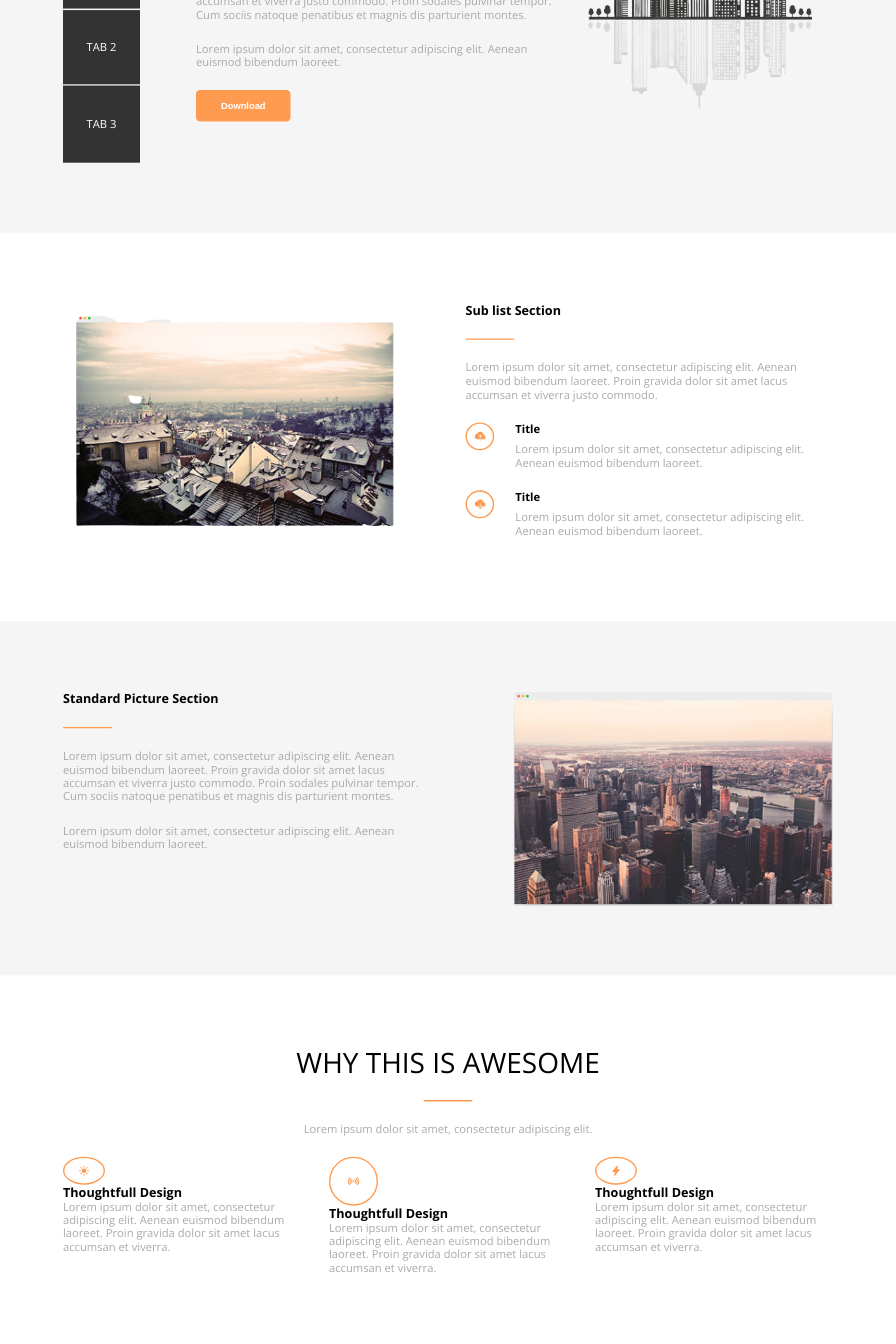
Repository: dinhtri123/axureThems
Page: index.html
These files come from the project's save history. The page is drawn as it stood at one moment and after the next save; the edit follows.
The browser window is 1280 px wide. The pictures show the part of the page from y = 849 to 2769 px (the page is 2769 px tall), at 70% of full size.

Above is the page before, as saved 2023-02-11 16:29:41.

After the next save:
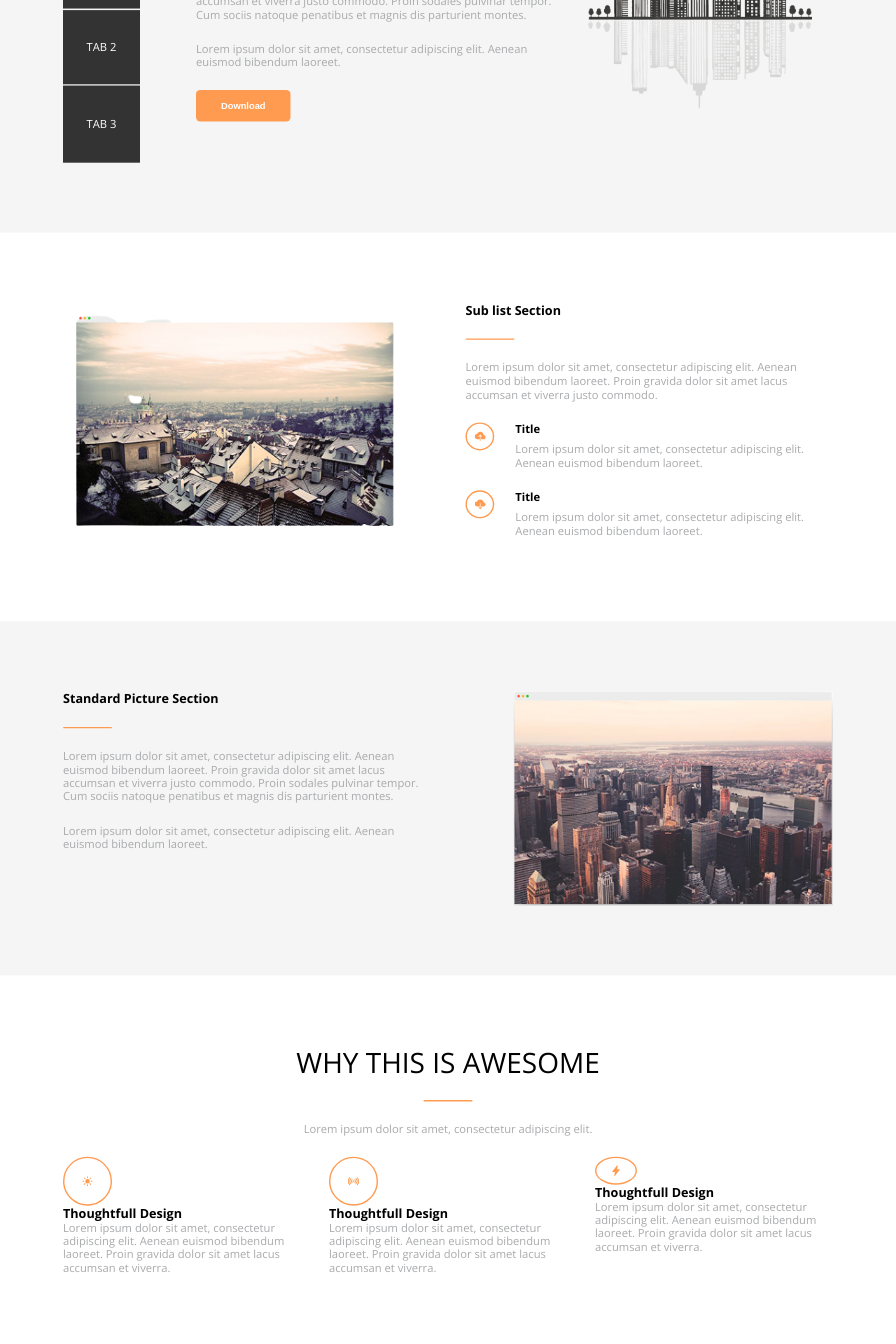
Saved 13 s later.
--- a/index.html
+++ b/index.html
@@ -168,7 +168,7 @@
           <p>Lorem ipsum dolor sit amet, consectetur adipiscing elit.</p>
           <div class="awesomeItems">
             <div class="awesomeCard">
-              <div class="icon">
+              <div class="icon iconAwesome">
                 <ion-icon name="sunny"></ion-icon>
               </div>
               <h3>Thoughtfull Design</h3>
